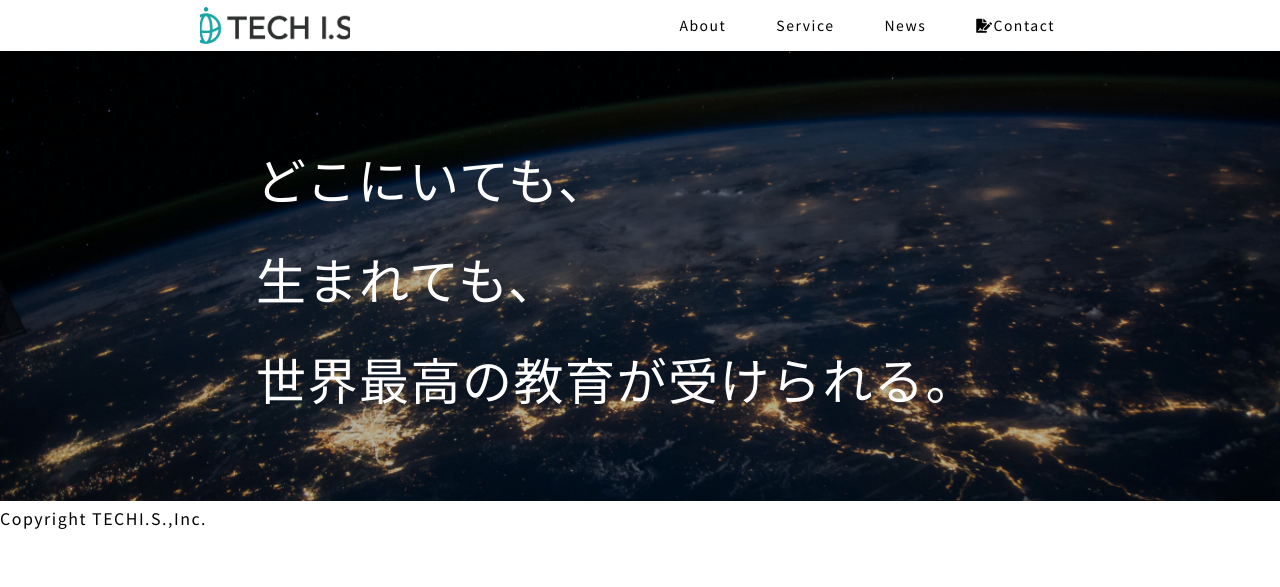
Repository: ryunoesta/lp-techis
Page: indx.html
The author's editor kept a copy of each file at every save. The page is drawn from the files as they stood at one save, then again after a run of saves.
The browser window is 1280 px wide. The pictures show the whole page.

Above is the page before, as saved 2022-06-12 18:57:29.

### indx.html
<!DOCTYPE html>
<html lang="ja">
<head>
    <meta charset="UTF-8">
    <meta http-equiv="X-UA-Compatible" content="IE=edge">
    <meta name="viewport" content="width=device-width, initial-scale=1.0">
    <!-- reset css -->
    <link rel="stylesheet" href="./CSS/reset.css">
    <!-- style css -->
    <link rel="stylesheet" href="./CSS/style.css">
    <!-- fontawesome -->
    <link rel="stylesheet" href="https://use.fontawesome.com/releases/v5.15.1/css/all.css">
    <title>プログラミングスクール テックアイエス</title>
</head>
<body>
    <!-- header -->
    <header class="header">
        <h1 class="logo">
            <img src="./img/logo.png" alt="ロゴ画像">
        </h1>
        <ul class="menu-pc">
            <li><a href="#">About</a></li>
            <li><a href="#">Service</a></li>
            <li><a href="#">News</a></li>
            <!-- リンク先追加 -->
            <li><a href="contact"><i class="fas fa-file-signature"></i>Contact</a></li>
        </ul>
    </header>

    <!-- fv -->
    <div class="fv">
        <img src="./img/top1.png" alt="トプ画">
        <h1>どこにいても、
            <br>
            生まれても、
            <br>
            世界最高の教育が受けられる。
        </h1>
    </div>

    <!-- footer -->
    <footer>Copyright TECHI.S.,Inc.</footer>
</body>
</html>

### CSS/reset.css
*, *::before, *::after {
    box-sizing: border-box;
}
html, body, div, span, applet, object, iframe, h1, h2, h3, h4, h5, h6, p, blockquote, pre, a,
abbr, acronym, address, big, cite, code, del, dfn, em, font, ins, kbd, q, s, samp, small, strike,
strong, sub, sup, tt, var, dl, dt, dd, ol, ul, li, fieldset, form, label, legend, table,
caption, tbody, tfoot, thead, tr, th, td {
    border: 0;
    font-size: 100%;
    font-weight: inherit;
    margin: 0;
    outline: 0;
    padding: 0;
    vertical-align: baseline;
}
body {
    width: 100%;
    height: 100%;
    margin: 0 auto;
    letter-spacing: 1.5px;
    line-height: 1.5;
}
img {
    width: 100%;
    height: 100%;
    top: 0;
    left: 0;
    object-fit: cover;
}
a {
    color: black;
    text-decoration: none;
}
ol, ul {
    list-style: none;
}
table {
    border-collapse: separate;
    border-spacing: 0;
}

### CSS/style.css
/* フォントの設定 */
@import url('https://fonts.googleapis.com/css2?family=Noto+Sans+JP&display=swap');
html, body {
    font-size: 16px;
    font-family: 'Noto Sans JP', sans-serif;
}

/* header */
.header {
    display: flex;
    justify-content: space-between;
    padding: 0 200px;
    width: 100%;

}

header img {
    width: 150px;
    display: block;
}

header ul {
    height: 100%;
    padding: 15px 0;
    display: flex;
}

header ul li {
    font-size: 14px;
    margin: auto 25px;
}

/* common */
.common-btn {
    display: block;
    width: 100px;
    height: 35px;
    border-radius: 20px;
    background: #00abae;
    text-align: center;
    padding: 7px 0;
}

.common-btn a {
    color: #fff;
    font-size: 14px;
}


/* fv */
.fv {
    position: relative;
}

.fv h1 {
    position: absolute;
    top: 50%;
    left: 20%;
    -webkit-transform: translateY(-50%);
    -moz-transform: translateY(-50%);
    -ms-transform: translateY(-50%);
    -o-transform: translateY(-50%);
    transform: translateY(-50%);
    color: #fff;
    font-size: 50px;
    line-height: 2;
}

After the next 4 saves:
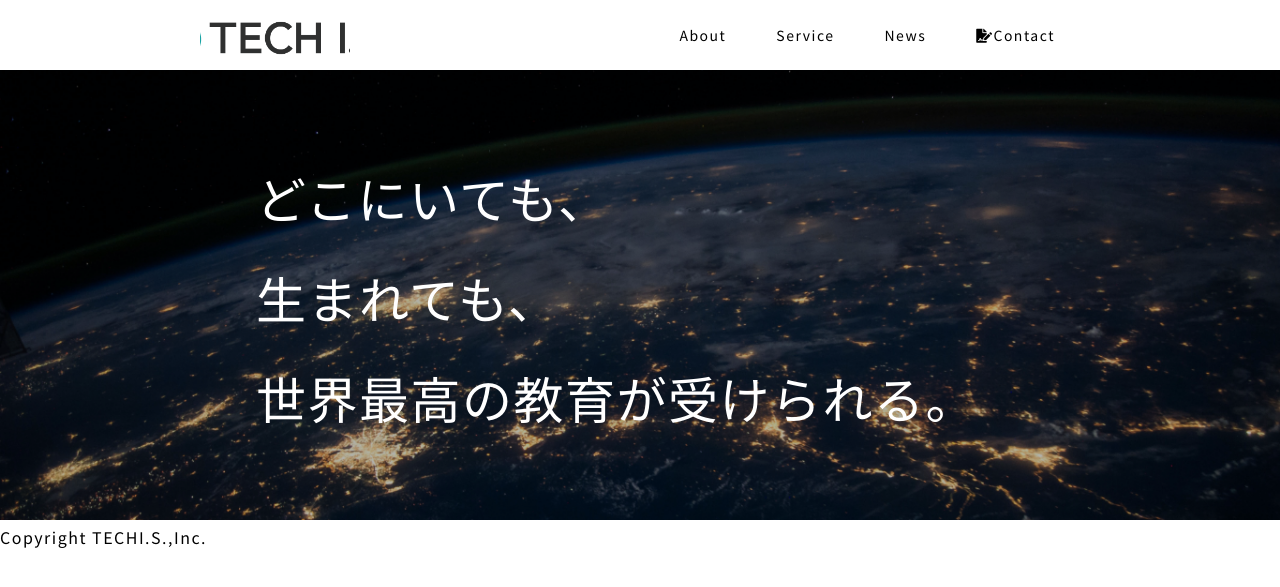
The 4 saves are shown as one change because they came seconds apart.
The last was saved 8 s later.
--- a/CSS/style.css
+++ b/CSS/style.css
@@ -11,7 +11,8 @@
     justify-content: space-between;
     padding: 0 200px;
     width: 100%;
-
+    height: 70px;
+    margin: auto;
 }
 
 header img {
